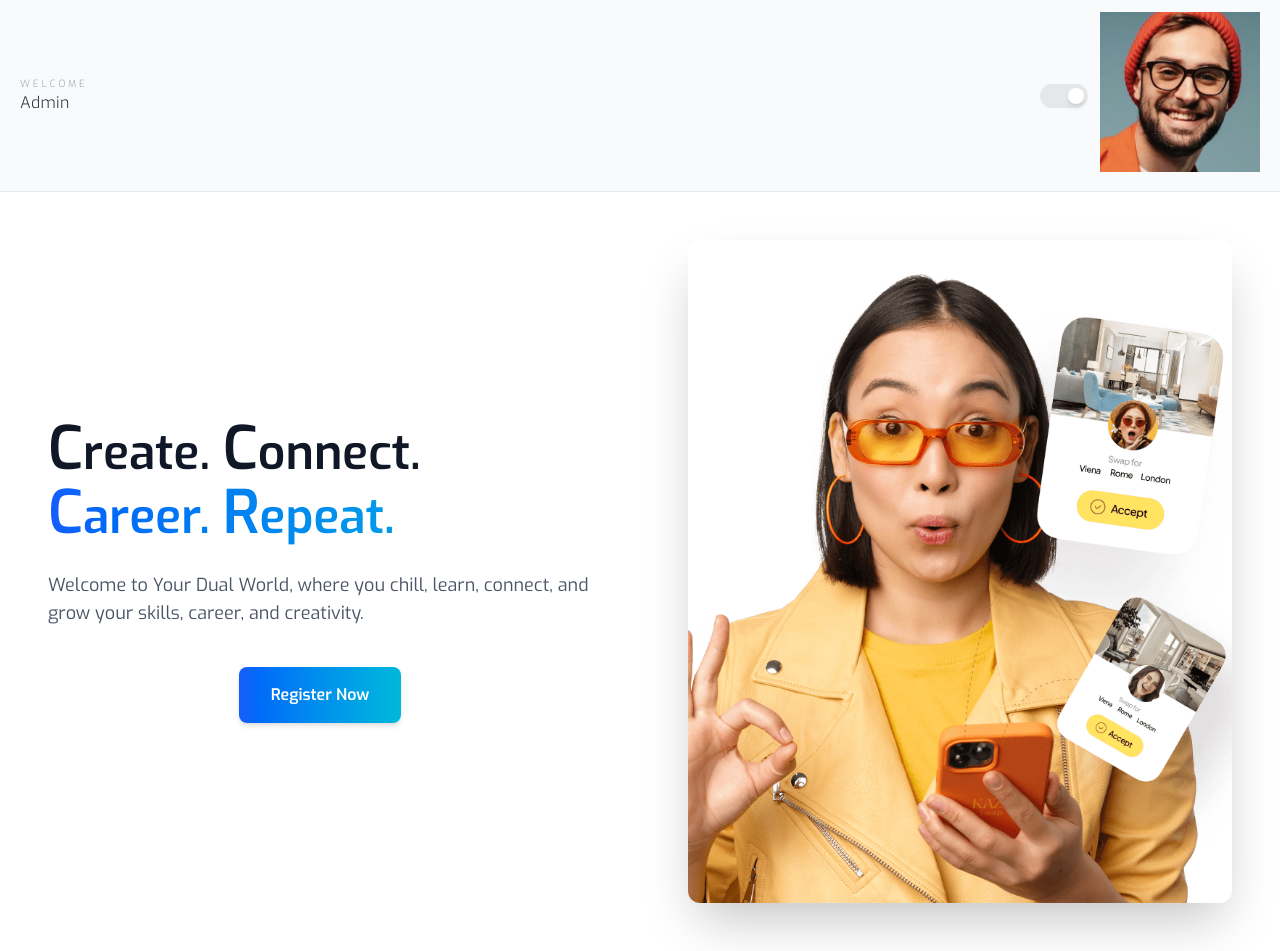
Repository: deepak445566/job
Page: / (app in frontend/)
These files come from the project's save history. The page is drawn as it stood at one moment and after the next save; the edit follows.
The browser window is 1280 px wide. The pictures show the whole page.
The page's requests for data from a server got no answer. Some web fonts or font styles are not loaded; a fallback is used. The project was rebuilt for these pictures with package versions that can differ from the ones it lists, and the page was loaded fresh each time. Some packages were replaced by stand-ins written for this rebuild. No one was signed in, and anything a server would have sent is missing. Also part of the build but not shown: frontend/vite.config.js, frontend/src/Components/auth/Login.jsx, frontend/src/Components/study/StudyDashboard.jsx, frontend/src/Components/chill/CreateReelModal.jsx, frontend/src/Components/chill/ChillDashboard.jsx, frontend/src/Components/common/Footer.jsx.

Above is the page before, as saved 2026-02-27 14:50:10.

### frontend/index.html
<!doctype html>
<html lang="en">
  <head>
    <meta charset="UTF-8" />
    <link rel="icon" type="image/svg+xml" href="/vite.svg" />
    <meta name="viewport" content="width=device-width, initial-scale=1.0" />
    <title>frontend</title>
    <link rel="preconnect" href="https://fonts.googleapis.com">
<link rel="preconnect" href="https://fonts.gstatic.com" crossorigin>
<link href="https://fonts.googleapis.com/css2?family=Exo:ital,wght@0,100..900;1,100..900&family=Playfair+Display:ital,wght@0,400..900;1,400..900&display=swap" rel="stylesheet">
  </head>
  <body>
    <div id="root"></div>
    <script type="module" src="/src/main.jsx"></script>
  </body>
</html>

### frontend/src/main.jsx
import { StrictMode } from 'react'
import { createRoot } from 'react-dom/client'
import './index.css'
import App from './App.jsx'
import {BrowserRouter} from 'react-router-dom'
import { AppContextProvider } from './context/AppContextProvider.jsx'




createRoot(document.getElementById('root')).render(
  <BrowserRouter>
  <AppContextProvider>
  <StrictMode>
    <App />
  </StrictMode>
  </AppContextProvider>
  </BrowserRouter>
)

### frontend/src/index.css
@import "tailwindcss";
.exo{
  font-family: "Exo", sans-serif;

  font-style: normal;
}

### frontend/src/App.jsx
import React from "react";
import Login from "./Components/auth/Login";
import { Route, Routes } from "react-router-dom";
import Dashboard from "./Components/Dashboard";
import { useAppContext } from "./context/AppContextProvider";
import Layout from "./Components/common/Layout";

function App() {
  const { showLogin } = useAppContext();

  return (
    <>
      {showLogin && <Login />}

      <Routes>
        {/* Layout wrap karega sab routes ko */}
        <Route path="/" element={<Layout />}>
          <Route index element={<Dashboard />} />
        </Route>
      </Routes>
    </>
  );
}

export default App;

### frontend/src/context/AppContextProvider.jsx
import { useContext, useEffect, useState } from "react";
import { useNavigate } from "react-router-dom";
import axios from "axios";
import { AppContext } from "./AppContext";
import toast from 'react-hot-toast';

axios.defaults.withCredentials = true;
axios.defaults.baseURL = import.meta.env.VITE_BACKEND_URL;
console.log("Base URL:", import.meta.env.VITE_BACKEND_URL);

export const AppContextProvider = ({ children }) => {
  const navigate = useNavigate();
  const [user, setUser] = useState(null);
  const [mode, setMode] = useState('chill'); // Default 'chill' ya 'study'
  const [showLogin, setShowLogin] = useState(false);
  const [loading, setLoading] = useState(true);

  const fetchUser = async () => {
    try {
      const { data } = await axios.get("/api/auth/isauth");
      if (data.success) {
        setUser(data.user);
        // User login hai toh uski mode fetch karo
        fetchUserMode();
      }
    } catch (error) {
      setUser(null);
    } finally {
      setLoading(false);
    }
  };

  // User ka mode fetch karne ka function
  const fetchUserMode = async () => {
    try {
      const { data } = await axios.get("/api/mode/");
      if (data.success) {
        setMode(data.mode);
      }
    } catch (error) {
      console.log("Error fetching mode:", error);
    }
  };

  // Mode toggle karne ka function
  const toggleMode = async () => {
    if (!user) {
      toast.error("Please login first");
      setShowLogin(true);
      return;
    }

    try {
      const { data } = await axios.put("/api/mode/switch");
      if (data.success) {
        setMode(data.mode);
        toast.success(data.message);
      }
    } catch (error) {
      toast.error(error.response?.data?.message || "Error switching mode");
    }
  };

  useEffect(() => {
    fetchUser();
  }, []);

  return (
    <AppContext.Provider
      value={{
        navigate,
        user,
        setUser,
        axios,
        setShowLogin,
        showLogin,
        mode,
        setMode,
        toggleMode,
        loading
      }}
    >
      {children}
    </AppContext.Provider>
  );
};

export const useAppContext = () => useContext(AppContext);

### frontend/src/Components/Dashboard.jsx
// components/Dashboard.jsx
import React from 'react';
import { useAppContext } from '../context/AppContextProvider';
import StudyDashboard from './study/StudyDashboard';
import ChillDashboard from './chill/ChillDashboard';

function Dashboard() {
  const { mode, user, setShowLogin, loading } = useAppContext();

  // Loading state
  if (loading) {
    return (
      <div className="min-h-screen flex items-center justify-center">
        <div className="text-center">
          <div className="w-16 h-16 border-4 border-blue-500 border-t-transparent rounded-full animate-spin mx-auto mb-4"></div>
          <p className="text-gray-600">Loading dashboard...</p>
        </div>
      </div>
    );
  }

  // Agar user login nahi hai
  if (!user) {
    return (
     <div className="min-h-screen  flex items-center justify-center  exo">

      <div className=" w-full   rounded-2xl overflow-hidden flex flex-col md:flex-row">

        {/* Left side: Text and button */}
        <div className="w-full md:w-1/2 p-5 sm:p-10 lg:p-12 flex flex-col justify-center space-y-6">
          {/* Heading */}
          <h1 className="text-4xl sm:text-5xl font-semibold text-gray-900 leading-tight">
           <span className='text-6xl'>C</span>reate.  <span className='text-6xl'>C</span>onnect.
            <span className="text-transparent bg-clip-text bg-gradient-to-r from-blue-600 to-cyan-500 block ">
             <span className='text-6xl'>C</span>areer.  <span className='text-6xl exo'>R</span>epeat.
            </span>
          </h1>

          {/* Paragraph */}
          <p className="text-lg text-gray-600 ">
           Welcome to Your Dual World, where you chill, learn, connect, and grow your skills, career, and creativity.
          </p>

          {/* Register Now Button */}
          <div className="pt-4 flex justify-center">
            <button onClick={()=>setShowLogin(true)} className="px-8 py-4 bg-gradient-to-r from-blue-600 to-cyan-500 text-white font-semibold rounded-lg shadow-md hover:shadow-lg transform hover:scale-105 transition-all duration-300 ease-in-out focus:outline-none focus:ring-2 focus:ring-blue-400 focus:ring-offset-2">
              Register Now
            </button>
          </div>


        </div>

        {/* Right side: Image */}
        <div className="w-full md:w-1/2  flex items-center justify-center p-3 sm:p-10 lg:p-12">

          <img
            src="/images/m.png"
            alt="Hero visual representing our platform"
            className="w-full h-auto rounded-xl shadow-2xl object-cover transform hover:scale-105 transition-transform duration-500"
          />
        </div>
      </div>
    </div>
    );
  }

  // Mode ke hisaab se dashboard render karo
  return (
    <div className="transition-all duration-500">
      {mode === 'study' ? <StudyDashboard /> : <ChillDashboard />}
    </div>
  );
}

export default Dashboard;

### frontend/src/Components/common/Layout.jsx
import Navbar from "./Navbar";
import FloatingDockMinimal from "./Footer";
import { Outlet } from "react-router-dom";
import { useAppContext } from "../../context/AppContextProvider";

function Layout() {
  const { user } = useAppContext(); // ya isAuthenticated

  return (
    <div className="min-h-screen flex flex-col">
      <Navbar />

      {/* Page Content */}
      <div className={`flex-1 ${user ? "pb-20" : ""}`}>
        <Outlet />
      </div>

      {/* 👇 Sirf login user ko dikhega */}
      {user && <FloatingDockMinimal />}
    </div>
  );
}

export default Layout;

### frontend/src/Components/common/Navbar.jsx
import React, { useState } from "react";
import { useAppContext } from "../../context/AppContextProvider";
import toast from "react-hot-toast";

function Navbar() {
  const { user, setUser, axios, setShowLogin, navigate, mode, toggleMode } =
    useAppContext();
  const [loggingOut, setLoggingOut] = useState(false);
  const [togglingMode, setTogglingMode] = useState(false);
  const [showProfileMenu, setShowProfileMenu] = useState(false);

  const handleLogout = async () => {
    try {
      setLoggingOut(true);
      const { data } = await axios.post("/api/auth/logout");
      if (data.success) {
        setUser(null);
        setShowLogin(true);
        toast.success("Logged out successfully");
        navigate("/");
      } else {
        toast.error(data.message || "Logout failed");
      }
    } catch (error) {
      toast.error(error.response?.data?.message || "Error logging out");
    } finally {
      setLoggingOut(false);
      setShowProfileMenu(false);
    }
  };

  const handleToggleMode = async () => {
    try {
      setTogglingMode(true);
      await toggleMode();
    } catch (error) {
      console.error("Error toggling mode:", error);
    } finally {
      setTogglingMode(false);
    }
  };

  const handleProfileClick = () => {
    if (user) {
      setShowProfileMenu(!showProfileMenu);
    } else {
      setShowLogin(true);
    }
  };

  const getInitial = () => {
    if (user?.username) return user.username[0].toUpperCase();
    if (user?.email) return user.email[0].toUpperCase();
    return 'K';
  };

  return (
   <nav className="bg-gray-50 border-b border-gray-200 px-5 py-3 sticky top-0 z-50 exo">
  <div className="flex justify-between items-center max-w-7xl mx-auto">
    {/* Left Side */}
    <div className="flex items-center gap-4">
      <div className="flex flex-col">
        <span className="text-[10px] uppercase tracking-[0.3em] text-gray-400 font-light">
          Welcome
        </span>
        <div className="flex items-center gap-2">
          <span className="text-base font-light text-gray-800 tracking-wide">
            {user?.username || user?.email?.split('@')[0] || 'Admin'}
          </span>
          {user && (
            <span className="w-1 h-1 bg-gray-300 rounded-full"></span>
          )}
        </div>
      </div>
    </div>

    {/* Right Side */}
    <div className="flex items-center gap-3">
      {/* Mode Toggle */}
      <button
        onClick={handleToggleMode}
        disabled={togglingMode || !user}
        className={`relative w-12 h-6 rounded-full transition-all duration-700 ${
          user
            ? mode === 'study'
              ? 'bg-gray-700'
              : 'bg-gray-300'
            : 'bg-gray-200 cursor-not-allowed'
        }`}
        title={!user ? "Login to switch mode" : `Switch to ${mode === 'study' ? 'Chill' : 'Study'}`}
      >
        <span
          className={`absolute top-1 left-1 w-4 h-4 bg-white rounded-full shadow-md transform transition-all duration-500 ease-in-out ${
            mode === 'chill' ? 'translate-x-6' : ''
          }`}
        />
      </button>

      {/* Profile */}
      <div className="relative">
        <button
          onClick={handleProfileClick}
          className="group relative focus:outline-none"
        >
          <div>
            <img src="/images/log.jpg" className=""/>
          </div>


        </button>

        {/* Profile Menu */}
        {showProfileMenu && user && (
          <>
            <div
              className="fixed inset-0 z-40"
              onClick={() => setShowProfileMenu(false)}
            />

            <div className="absolute right-0 mt-3 w-56 bg-white rounded-2xl shadow-lg border border-gray-100 z-50 overflow-hidden">
              <div className="px-5 py-4 border-b border-gray-100">
                <p className="text-xs text-gray-400 uppercase tracking-[0.2em] mb-2 font-light">
                  Account
                </p>
                <p className="text-sm font-medium text-gray-800 mb-0.5">
                  {user.username || 'User'}
                </p>
                <p className="text-xs text-gray-400 truncate font-light">
                  {user.email || 'user@example.com'}
                </p>
              </div>

              <div className="p-2">
                <button
                  onClick={() => {
                    setShowProfileMenu(false);
                    navigate('/profile');
                  }}
                  className="w-full px-4 py-2.5 text-left hover:bg-gray-50 rounded-xl transition-all duration-200 flex items-center gap-3 text-gray-600 group"
                >
                  <span className="text-sm opacity-50 group-hover:opacity-100 transition-opacity">👤</span>
                  <span className="text-xs font-light tracking-wide">Profile</span>
                </button>

                <div className="h-px bg-gray-100 my-2"></div>

                <button
                  onClick={handleLogout}
                  disabled={loggingOut}
                  className="w-full px-4 py-2.5 text-left hover:bg-gray-50 rounded-xl transition-all duration-200 flex items-center gap-3 text-gray-600 group"
                >
                  <span className="text-sm opacity-50 group-hover:opacity-100 transition-opacity">🚪</span>
                  <span className="text-xs font-light tracking-wide flex-1">
                    {loggingOut ? "Exiting..." : "Sign out"}
                  </span>
                  {loggingOut && (
                    <span className="w-3 h-3 border border-gray-300 border-t-transparent rounded-full animate-spin" />
                  )}
                </button>
              </div>
            </div>
          </>
        )}
      </div>
    </div>
  </div>
</nav>
  );
}

export default Navbar;

Loaded but not shown: frontend/src/context/AppContext.jsx (common file)

After the next save:
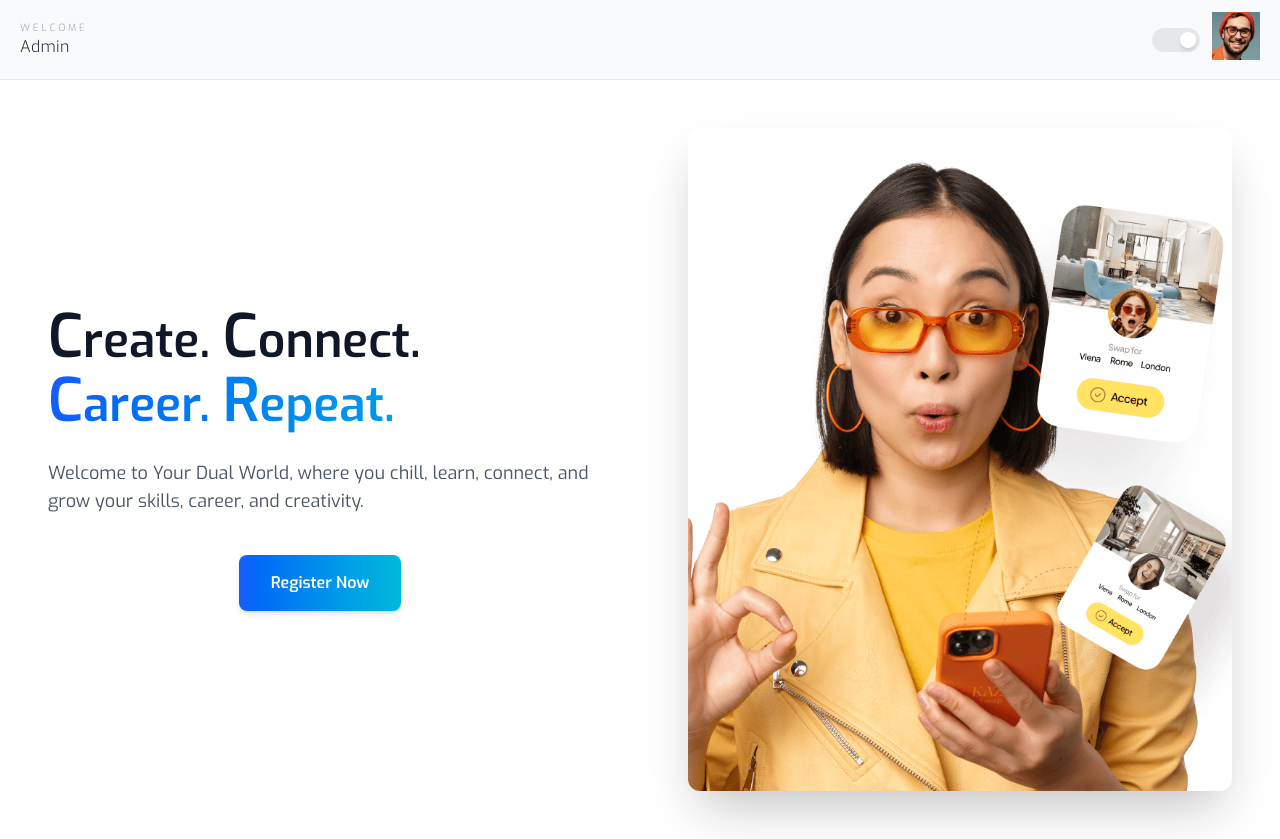
Saved 5 s later.
--- a/frontend/src/Components/common/Navbar.jsx
+++ b/frontend/src/Components/common/Navbar.jsx
@@ -103,7 +103,7 @@ function Navbar() {
           className="group relative focus:outline-none"
         >
           <div>
-            <img src="/images/log.jpg" className=""/>
+            <img src="/images/log.jpg" className="h-12 w-12"/>
           </div>
 
 
